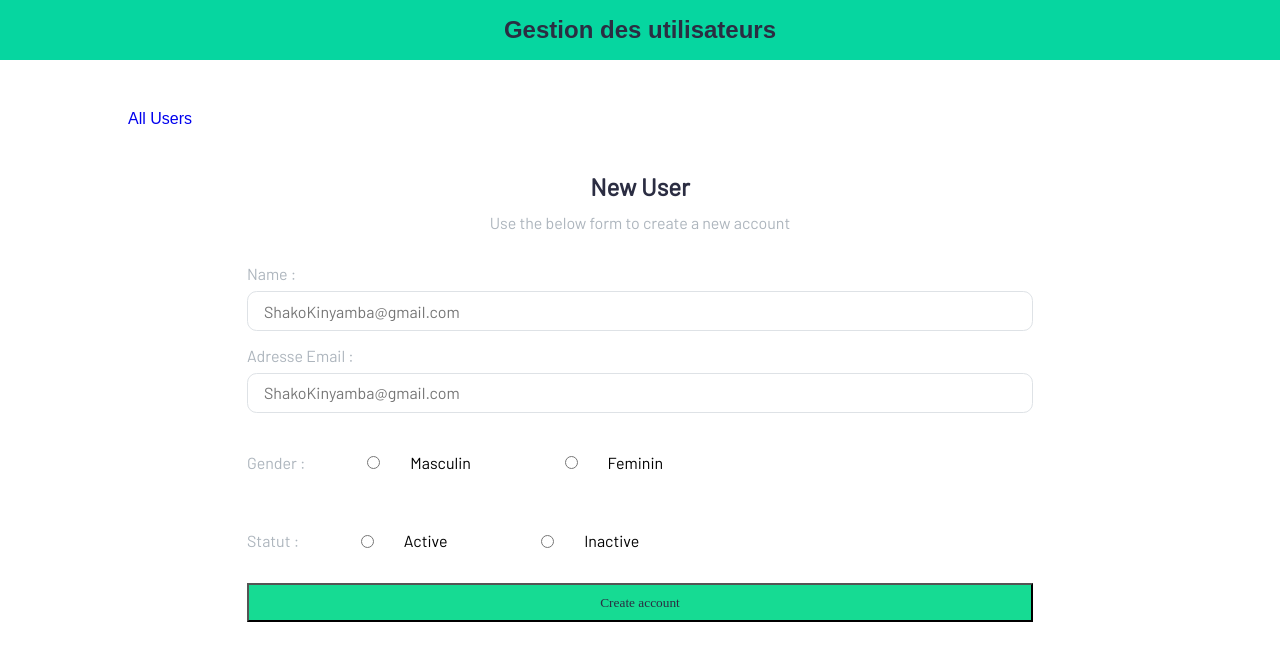
Repository: SKB-TECH/CrudMren
Page: add-user.html
These files come from the project's save history. The page is drawn as it stood at one moment and after a run of saves; the edit follows.
The browser window is 1280 px wide. The pictures show the whole page.
Some web fonts or font styles are not loaded; a fallback is used.

Above is the page before, as saved 2022-10-11 14:12:19.

After the next 8 saves:
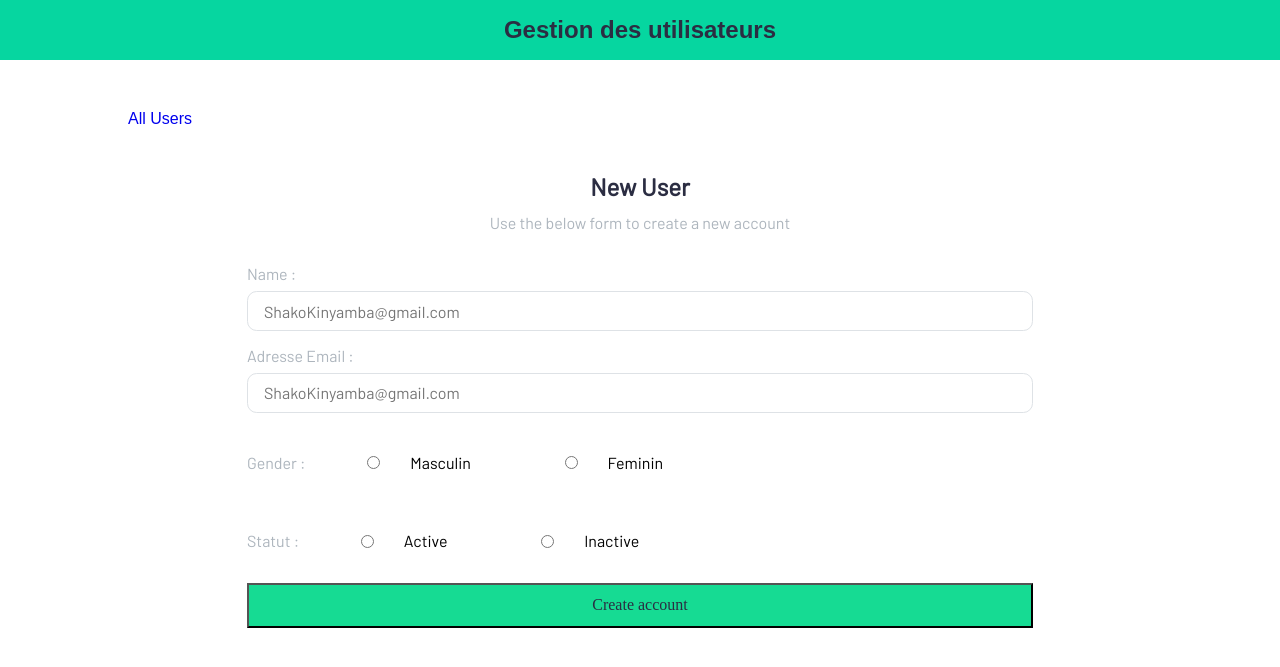
The 8 saves are shown as one change because they came seconds apart.
The last was saved 37 s later.
--- a/assets/css/style.css
+++ b/assets/css/style.css
@@ -182,4 +182,6 @@ table {
     padding: .7em 1em;
     background-color: #16db93;
     font-family: 'PT Sans', 'Sans serif';
+    font-size: 1em;
+    cursor: pointer;
 }
